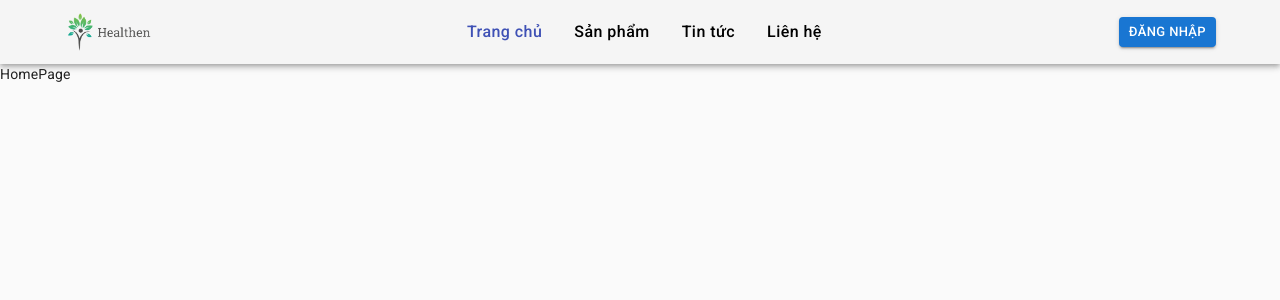
Repository: ndtrung341/Bao_Cao_PTW
Page: / (app in client/)
The author's editor kept a copy of each file at every save. The page is drawn from the files as they stood at one save, then again after the next save.
The browser window is 1280 px wide. The pictures show the whole page.
The project was rebuilt for these pictures with package versions that can differ from the ones it lists, and the page was loaded fresh each time. Also part of the build but not shown: client/src/App.css, client/src/features/cart/index.jsx.

Above is the page before, as saved 2022-03-24 15:02:08.

After the next save:
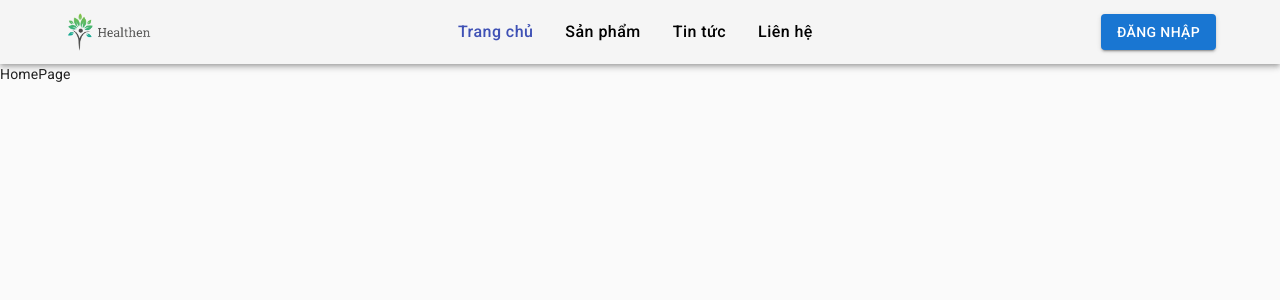
Saved 42 s later.
--- a/client/src/components/Header/HeaderRight.jsx
+++ b/client/src/components/Header/HeaderRight.jsx
@@ -27,7 +27,7 @@
 
    if (!isLoggedIn) {
       return (
-         <Button variant="contained" size="small">
+         <Button variant='contained' size='medium'>
             Đăng nhập
          </Button>
       );
@@ -35,13 +35,13 @@
 
    return (
       <>
-         <Tooltip title="Open settings">
+         <Tooltip title='Open settings'>
             <IconButton onClick={handleOpenUserMenu} sx={{ p: 0 }}>
-               <Avatar alt="Remy Sharp" src={AVATAR_DEFAULT} sx={{ width: 45, height: 45 }} />
+               <Avatar alt='Remy Sharp' src={AVATAR_DEFAULT} sx={{ width: 45, height: 45 }} />
             </IconButton>
          </Tooltip>
          <Menu
-            id="menu-appbar"
+            id='menu-appbar'
             anchorEl={anchorElUser}
             anchorOrigin={{
                vertical: 'bottom',
